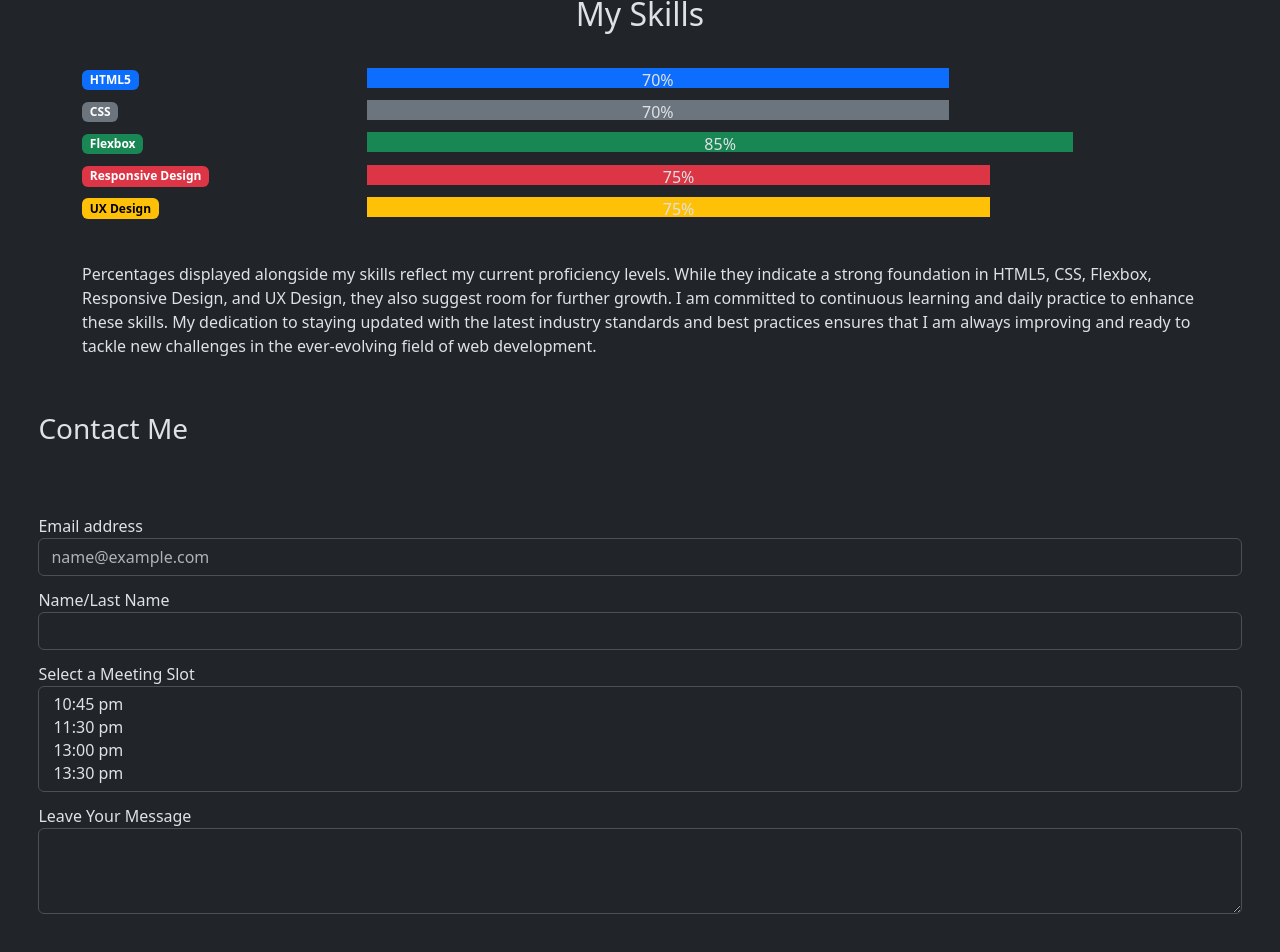
Repository: uvee35/Bootstrap-Portfolio
Page: index.html
The author's editor kept a copy of each file at every save. The page is drawn from the files as they stood at one save, then again after the next save.
The browser window is 1280 px wide. The pictures show the part of the page from y = 1079 to 2031 px (the page is 2031 px tall before and 1995 px after).
A picture or video elsewhere on the page could not be fetched, so the positions and the page height are approximate.

Above is the page before, as saved 2023-12-18 20:12:13.

After the next save:
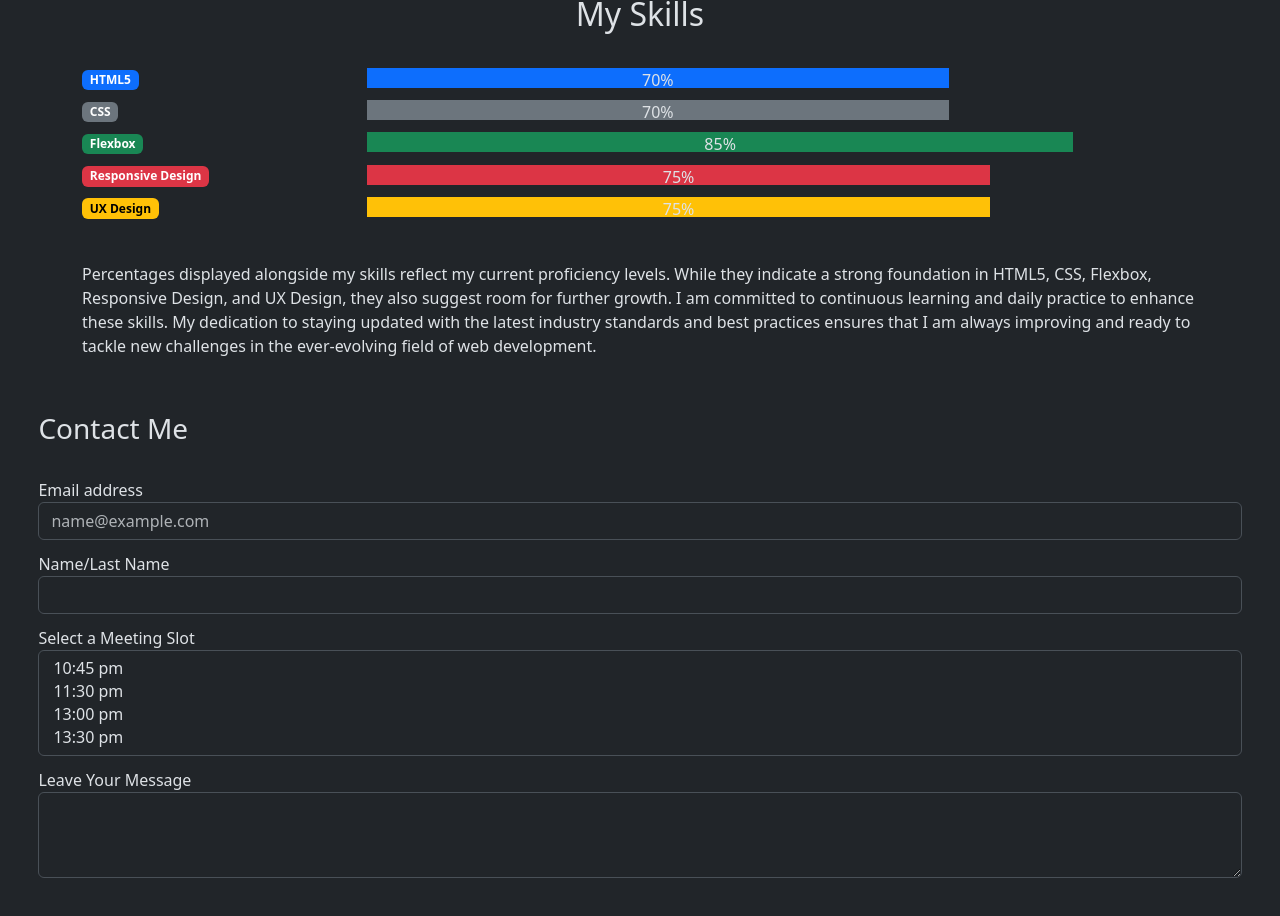
Saved 5 s later.
--- a/index.html
+++ b/index.html
@@ -257,7 +257,7 @@
 
     <form style="padding: 3%" style="display: flex; justify-content: center">
       <h3>Contact Me</h3>
-      <div class="form-group" style="padding-top: 5%">
+      <div class="form-group" style="padding-top: 2%">
         <label for="exampleFormControlInput1">Email address</label>
         <input
           type="email"
